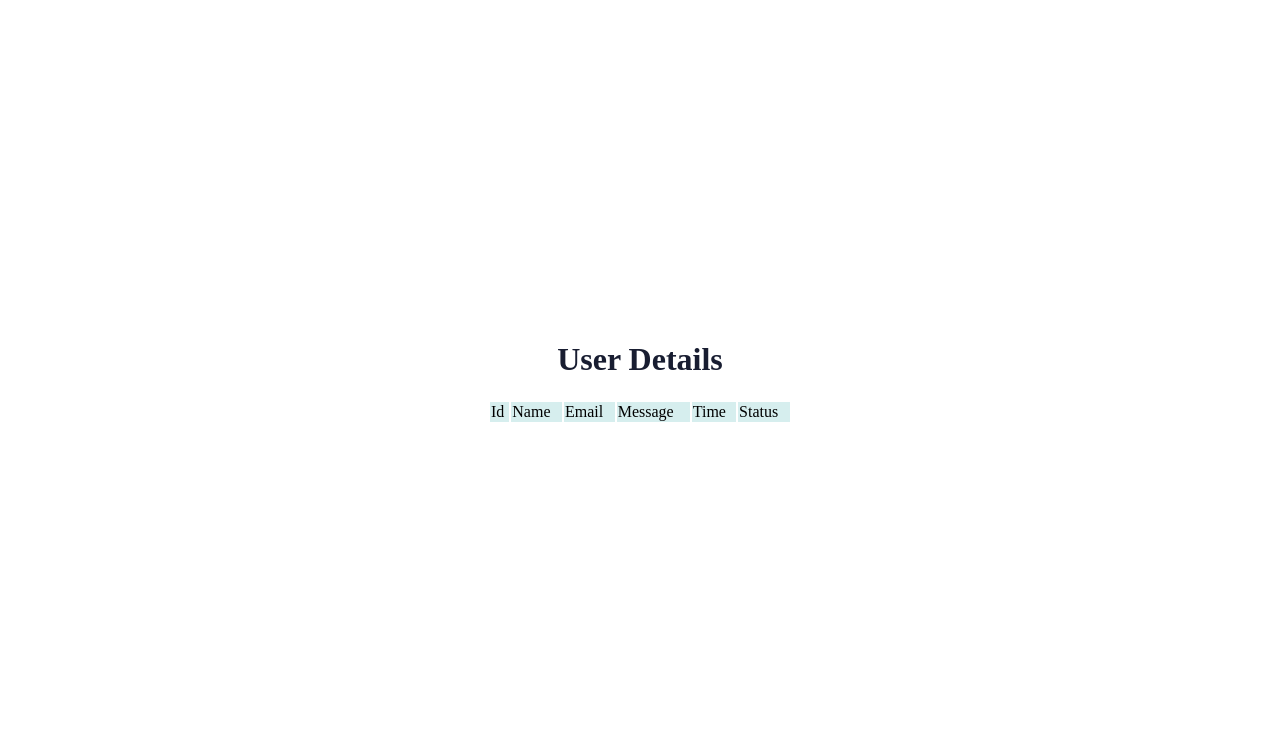
Repository: Shivamkr522/Contact_Us_Page
Page: http://localhost/ContactUs/dashboard
An editor plug-in stored every save of this project. The page is shown before and after the next save, followed by the edit.
The browser window is 1280 px wide. The pictures show the whole page.
The page is served by Tomcat 9. The session is filled in as if someone had signed in: {"admin": "Test User"}. Queries for data that is not in the repository find no rows.

Above is the page before, as saved 2022-12-11 20:13:50.

After the next save:
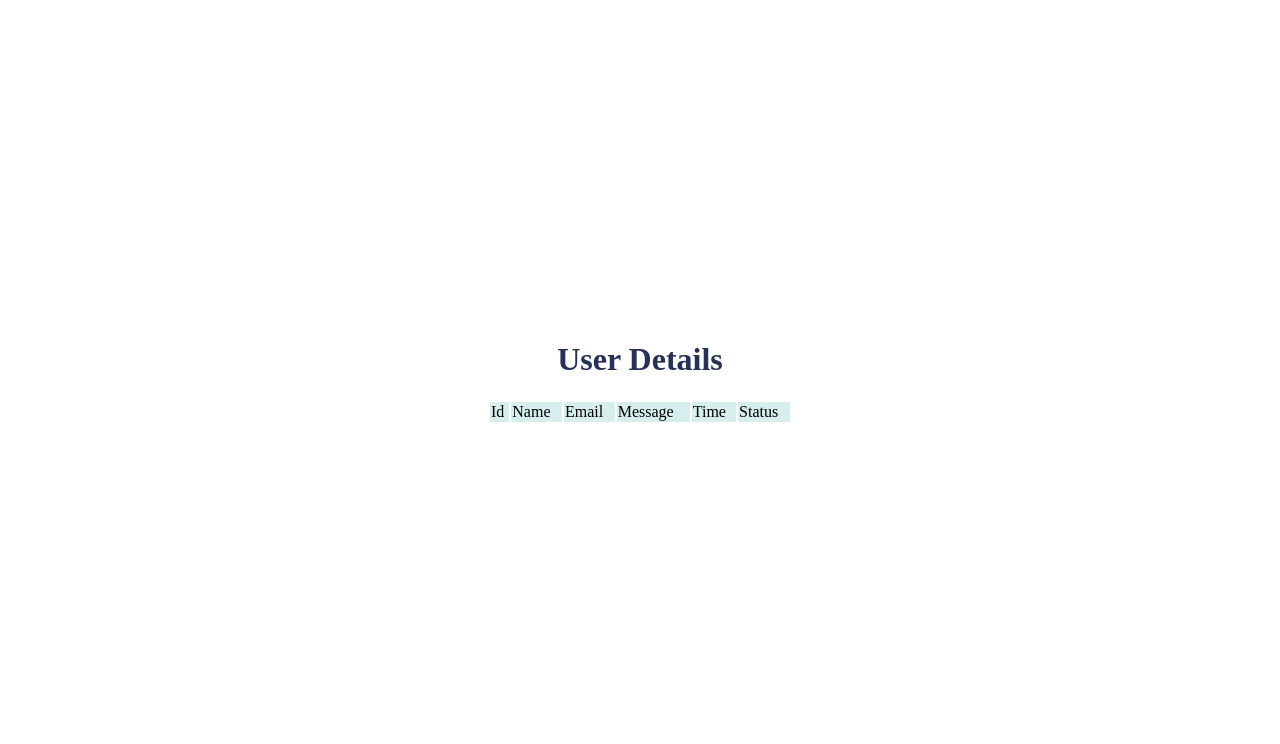
Saved 89 s later.
--- a/ContactUs/src/main/webapp/dashboard.css
+++ b/ContactUs/src/main/webapp/dashboard.css
@@ -15,7 +15,7 @@ tr:hover{
 
 h1{
 	text-align: center;
-	color: #181D31;
+	color: #263159;
 }
 
 button:hover{
